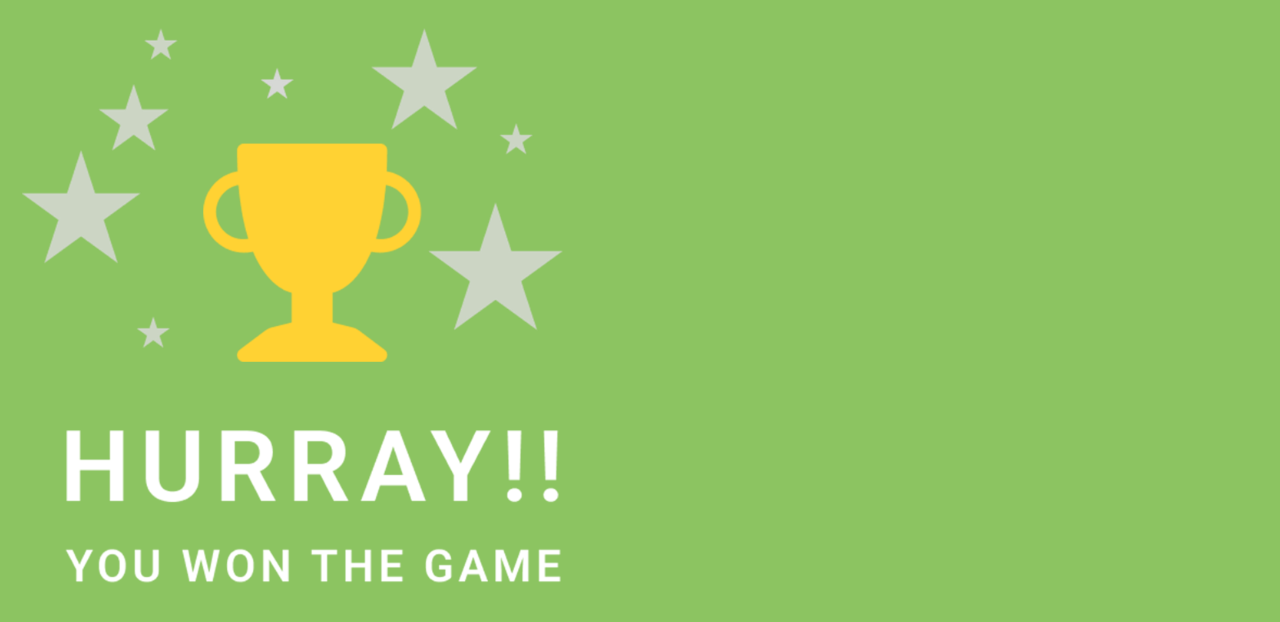
Repository: drumsmanku/Major-module-project-1
Page: hurray.html
These files come from the project's save history. The page is drawn as it stood at one moment and after the next save; the edit follows.
The browser window is 1280 px wide. The pictures show the whole page.

Above is the page before, as saved 2023-04-30 23:52:01.

After the next save:
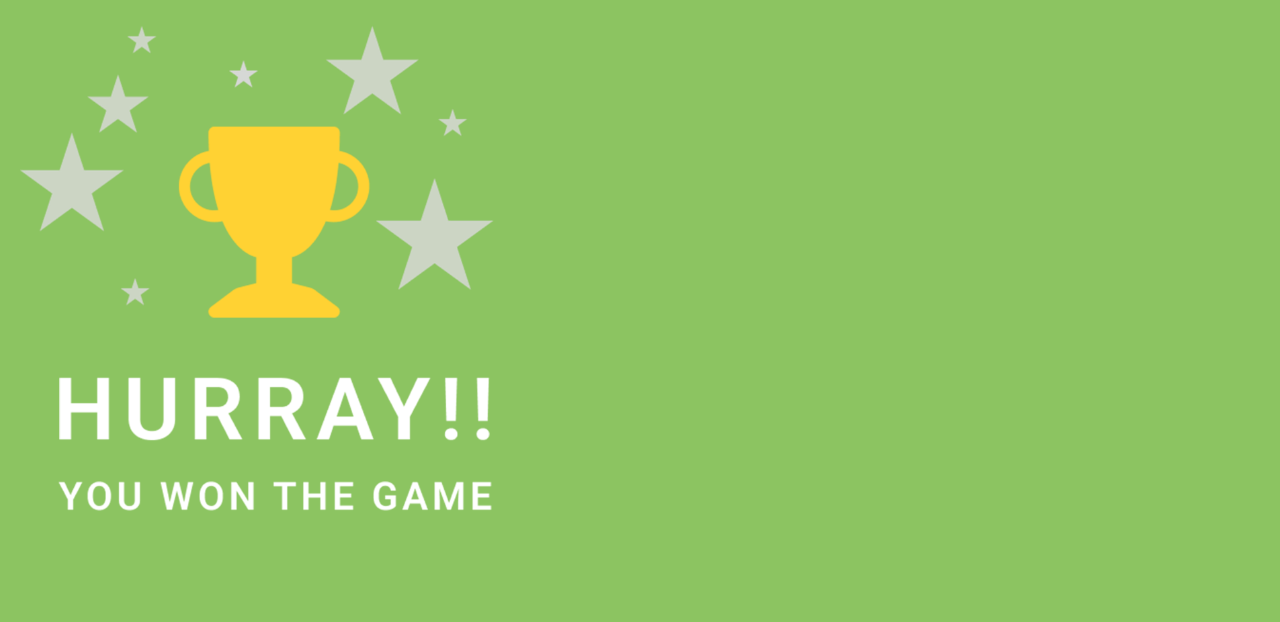
Saved 43 s later.
--- a/hurray.html
+++ b/hurray.html
@@ -10,7 +10,7 @@
       background-color: #8CC461;
     }
     .container img{
-      width: 80vh;
+      width: 70vh;
     }
   </style>
 </head>
